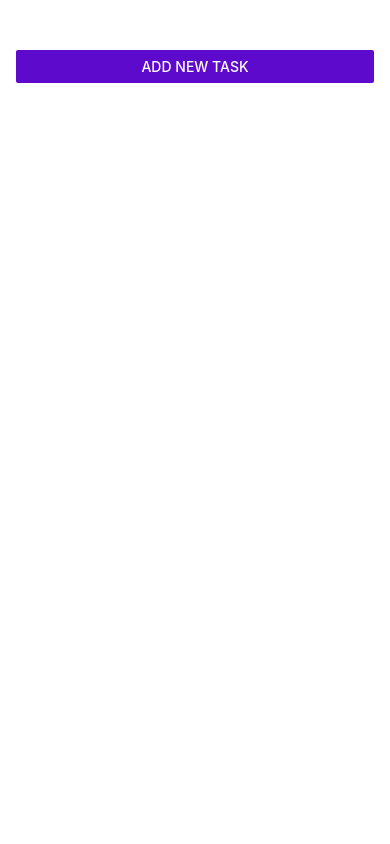
Repository: akinolapo/ToDoApp
Screen: /
The author's editor kept a copy of each file at every save. The screen is drawn from the files as they stood at one save, then again after a run of saves.
The app was drawn by React Native's web renderer in a window 390 px wide. The project was rebuilt for these pictures with package versions that can differ from the ones it lists, and the page was loaded fresh each time. Also part of the build but not shown: components/GoalItem.js.

Above is the screen before, as saved 2022-09-16 12:56:32.

### App.js
import { useState } from 'react';
import { StyleSheet, View, FlatList, Button } from 'react-native';
import GoalInput from './components/GoalInput';
import GoalItem from './components/GoalItem';

export default function App() {

  const [modalIsVisible, setModalIsVisible] = useState(false)

  const [myGoals, setMyGoals] = useState([])

  function startAddGoalHandler() {
    setModalIsVisible(true)
  }

  function addGoalHandler(enteredGoalText) {
    // console.log(enteredGoalText)
    setMyGoals(currentGoals => [...currentGoals, { text: enteredGoalText, id: Math.random().toString() },])
  }

  function deleteGoalHandler(id) {
    // console.log('delete')
    setMyGoals(currentGoals => {
      return currentGoals.filter((goal) => goal.id !== id)
    })
  }

  return (
    <View style={styles.appContainer}>
      <Button title='Add New Task' color="#5e0acc" onPress={startAddGoalHandler}/>
      {modalIsVisible && <GoalInput onAddGoal={addGoalHandler}/>}
      <View style={styles.goalsContainer}>
        <FlatList data={myGoals} renderItem={itemData => {
          return <GoalItem text={itemData.item.text} id={itemData.item.id} onDeleteItem={deleteGoalHandler}/>
        }} keyExtractor={(item, index) => {
          return item.id
        }} alwaysBounceVertical={false} />
      </View>
    </View>
  );
}

const styles = StyleSheet.create({
  appContainer: {
    flex: 1,
    paddingTop: 50,
    paddingHorizontal: 16
  },
  goalsContainer: {
    flex: 4,
  },

});

### components/GoalInput.js
import { useState } from 'react';
import { StyleSheet, View, TextInput, Button, Modal } from 'react-native'

function GoalInput(props) {
    const [enteredGoalText, setEnteredGoalText] = useState('')

    function goalInputHandler(enteredText) {
        setEnteredGoalText(enteredText)
        // console.log(enteredText)
      }

    function addGoalHandler(){
        props.onAddGoal(enteredGoalText)
        setEnteredGoalText('')
    }

    return (
        <Modal visible={props.visible} animationType="slide">
        <View style={styles.inputContainer}>
            <TextInput style={styles.textInput} placeholder='Your course goal!' onChangeText={goalInputHandler} value={enteredGoalText} />
            <Button title='Add Goal' onPress={addGoalHandler} />
        </View>
        </Modal>
    )
}

export default GoalInput;

const styles = StyleSheet.create({
    inputContainer: {
        flex: 1,
        flexDirection: 'row',
        justifyContent: 'space-between',
        alignItems: 'center',
        marginBottom: 24,
        borderBottomWidth: 1,
        borderBottomColor: '#cccccc'
      },
      textInput: {
        borderWidth: 1,
        borderColor: '#cccccc',
        width: '70%',
        marginRight: 8,
        padding: 8
      },
})

After the next 3 saves:
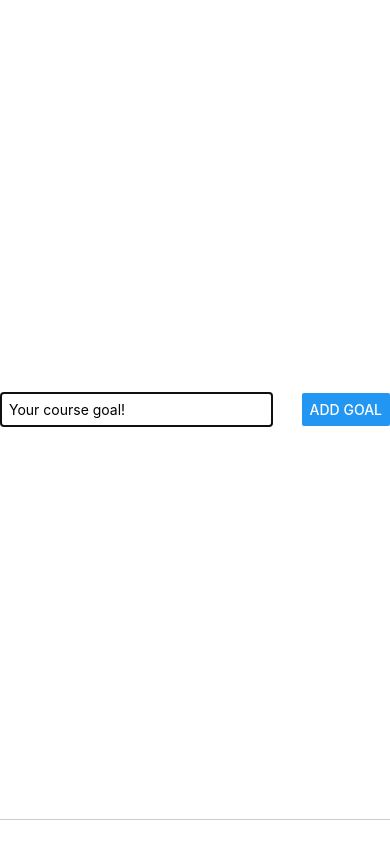
The 3 saves are shown as one change because they came seconds apart.
The last was saved 7 min 31 s later.
--- a/App.js
+++ b/App.js
@@ -28,7 +28,7 @@
   return (
     <View style={styles.appContainer}>
       <Button title='Add New Task' color="#5e0acc" onPress={startAddGoalHandler}/>
-      {modalIsVisible && <GoalInput onAddGoal={addGoalHandler}/>}
+      <GoalInput onAddGoal={addGoalHandler}/>
       <View style={styles.goalsContainer}>
         <FlatList data={myGoals} renderItem={itemData => {
           return <GoalItem text={itemData.item.text} id={itemData.item.id} onDeleteItem={deleteGoalHandler}/>

After the 4 saves that followed:
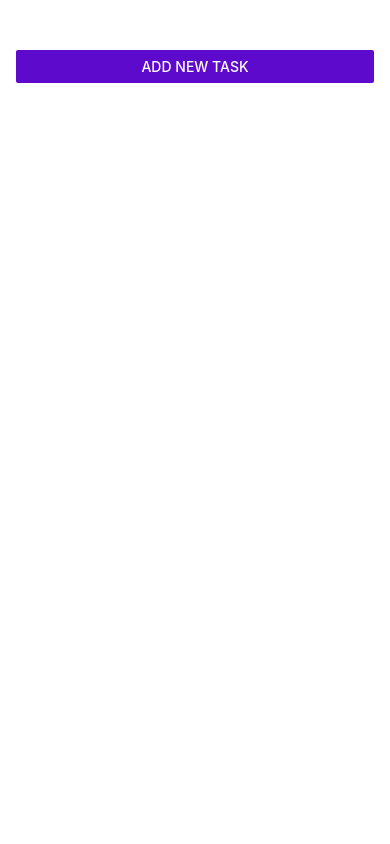
The 4 saves are shown as one change because 1 left the picture as it was and some came seconds apart.
The last was saved 75 s later.
--- a/App.js
+++ b/App.js
@@ -28,7 +28,7 @@
   return (
     <View style={styles.appContainer}>
       <Button title='Add New Task' color="#5e0acc" onPress={startAddGoalHandler}/>
-      <GoalInput onAddGoal={addGoalHandler}/>
+      <GoalInput visible={modalIsVisible} onAddGoal={addGoalHandler}/>
       <View style={styles.goalsContainer}>
         <FlatList data={myGoals} renderItem={itemData => {
           return <GoalItem text={itemData.item.text} id={itemData.item.id} onDeleteItem={deleteGoalHandler}/>
